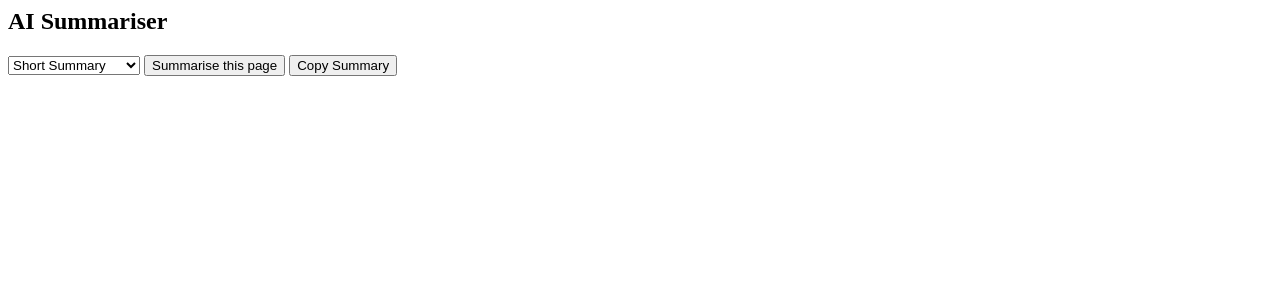
Repository: hisana-nazeer/AI-Summariser
Page: popup.html
These files come from the project's save history. The page is drawn as it stood at one moment and after a run of saves; the edit follows.
The browser window is 1280 px wide. The pictures show the whole page.

Above is the page before, as saved 2025-09-22 13:23:52.

After the next 8 saves:
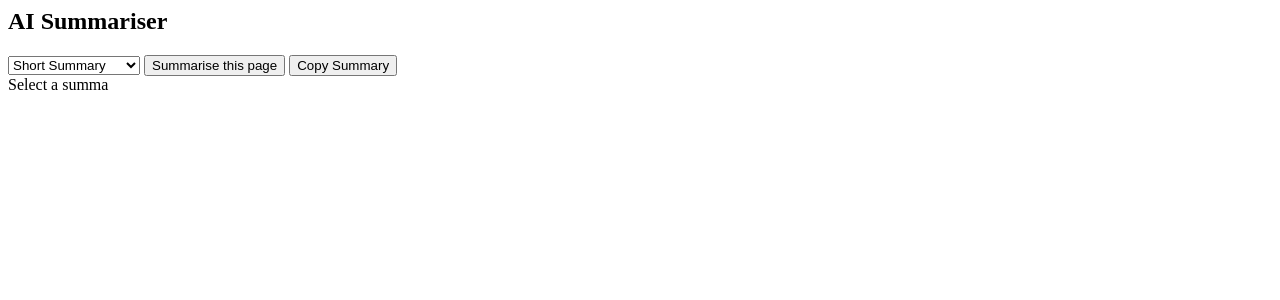
The 8 saves are shown as one change because they came seconds apart.
The last was saved 20 s later.
--- a/popup.html
+++ b/popup.html
@@ -10,6 +10,8 @@
         <button id="summarise-button">Summarise this page</button>
         <button id="copy-btn">Copy Summary</button>
        </div>
-       <div id=""result
+       <div id="result">
+        Select a summa
+       </div>
      </body>
 </html>
